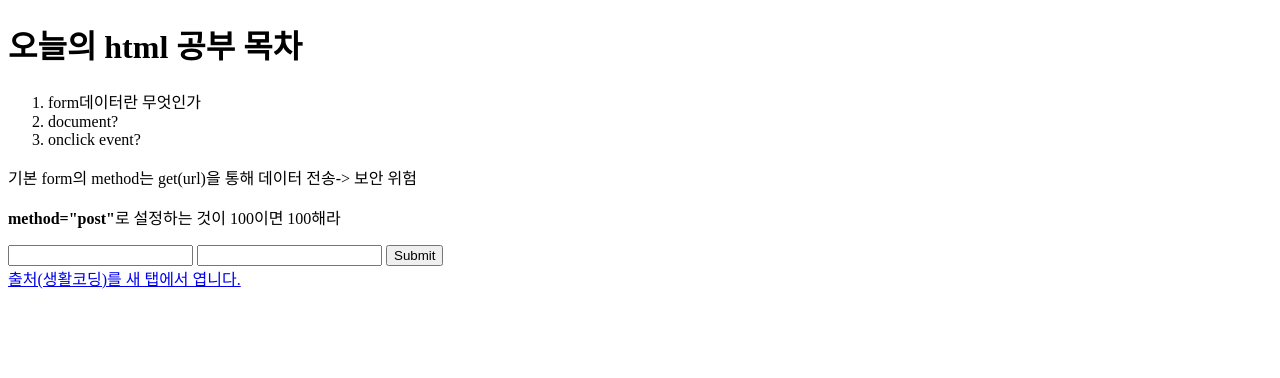
Repository: PareutPareut/frontend
Page: markDowns/study1129.html
The author's editor kept a copy of each file at every save. The page is drawn from the files as they stood at one save, then again after the next save.
The browser window is 1280 px wide. The pictures show the whole page.

Above is the page before, as saved 2023-11-29 14:50:36.

### markDowns/study1129.html
<!doctype html>
<html>
    <head>
        <meta charset="utf-8"/>
        <title>html- form, document, onclick event</title>
    </head>
    <body>
        <header>
            <h1>오늘의 html 공부 목차</h1>
        </header>
        <ol>
            <li>form데이터란 무엇인가</li>
            <li>document?</li>
            <li>onclick event?</li>
        </ol>

        <form action="localhost:3000/user" method="post">
            <p>기본 form의 method는 get(url)을 통해 데이터 전송-> 보안 위험</p>
            <p><strong>method="post"</strong>로 설정하는 것이 100이면 100해라</p>
            <input type="text" name="id">
            <input type="password" name="pwd">
            <input type="submit">
        </form>


        <script>

        </script>

        <footer>
            <a href="https://opentutorials.org/course/2039/10962" target="_blank">출처(생활코딩)를 새 탭에서 엽니다.</a>
        </footer>


    </body>
</html>

After the next save:
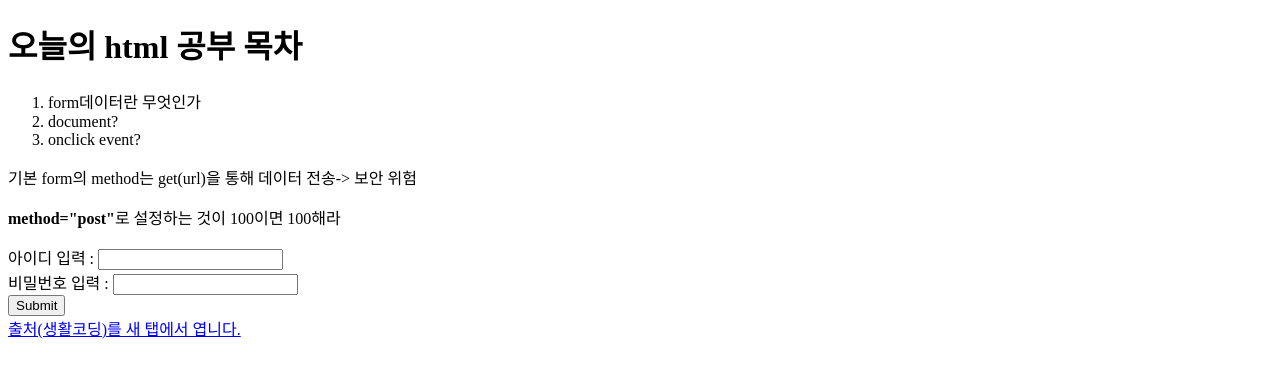
Saved 3 min 28 s later.
--- a/markDowns/study1129.html
+++ b/markDowns/study1129.html
@@ -15,11 +15,22 @@
         </ol>
 
         <form action="localhost:3000/user" method="post">
-            <p>기본 form의 method는 get(url)을 통해 데이터 전송-> 보안 위험</p>
-            <p><strong>method="post"</strong>로 설정하는 것이 100이면 100해라</p>
-            <input type="text" name="id">
-            <input type="password" name="pwd">
-            <input type="submit">
+            <div>
+                <p>기본 form의 method는 get(url)을 통해 데이터 전송-> 보안 위험</p>
+                <p><strong>method="post"</strong>로 설정하는 것이 100이면 100해라</p>
+            </div>
+
+            <div>
+                <label for="put_id">아이디 입력 : </label>
+                <input type="text" id="put_id" name="id">
+            </div>
+
+            <div>
+                <label for="put_pwd">비밀번호 입력 : </label>
+                <input type="password" id="put_pwd" name="pwd">
+            </div>
+
+                <input type="submit">
         </form>
 
 
